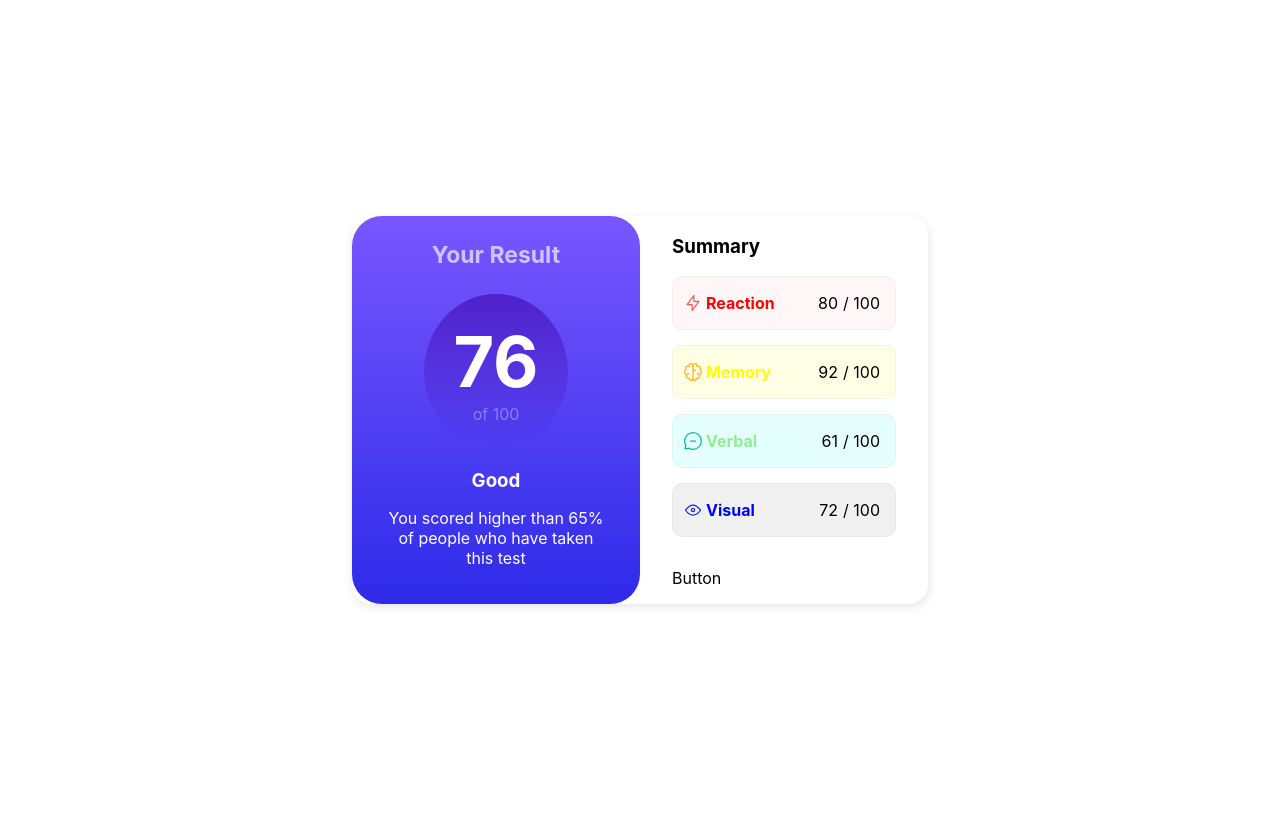
Repository: JeanPaulBassil/Result-Summary-Design
Page: /
An editor plug-in stored every save of this project. The page is shown before and after the next save, followed by the edit.
The browser window is 1280 px wide. The pictures show the whole page.
The project was rebuilt for these pictures with package versions that can differ from the ones it lists, and the page was loaded fresh each time.

Above is the page before, as saved 2023-02-24 18:07:53.

After the next save:
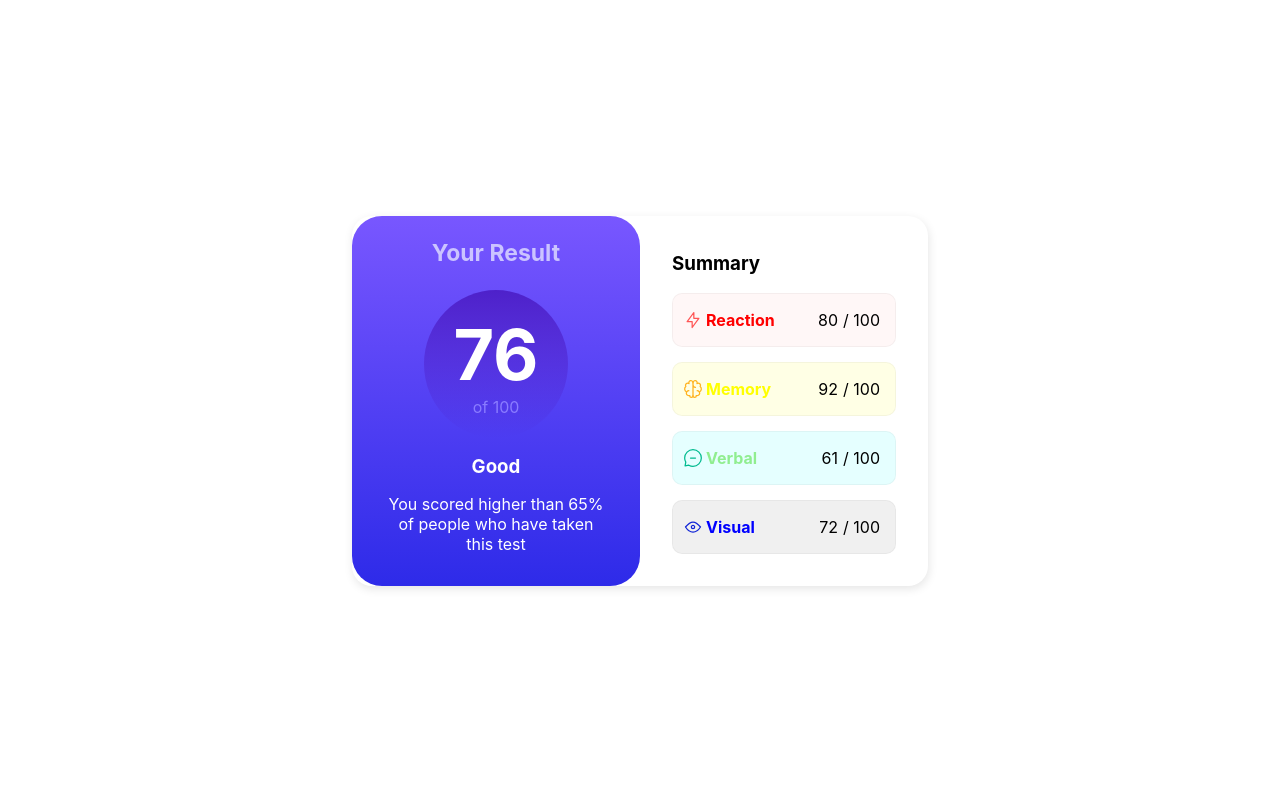
Saved 25 s later.
--- a/src/Components/Summary/Summary.js
+++ b/src/Components/Summary/Summary.js
@@ -23,7 +23,9 @@
             <div>
                 {summary}
             </div>
-            <p>Button</p>
+            <div className="button">
+
+            </div>
         </div>
     )
 };

After the save that followed:
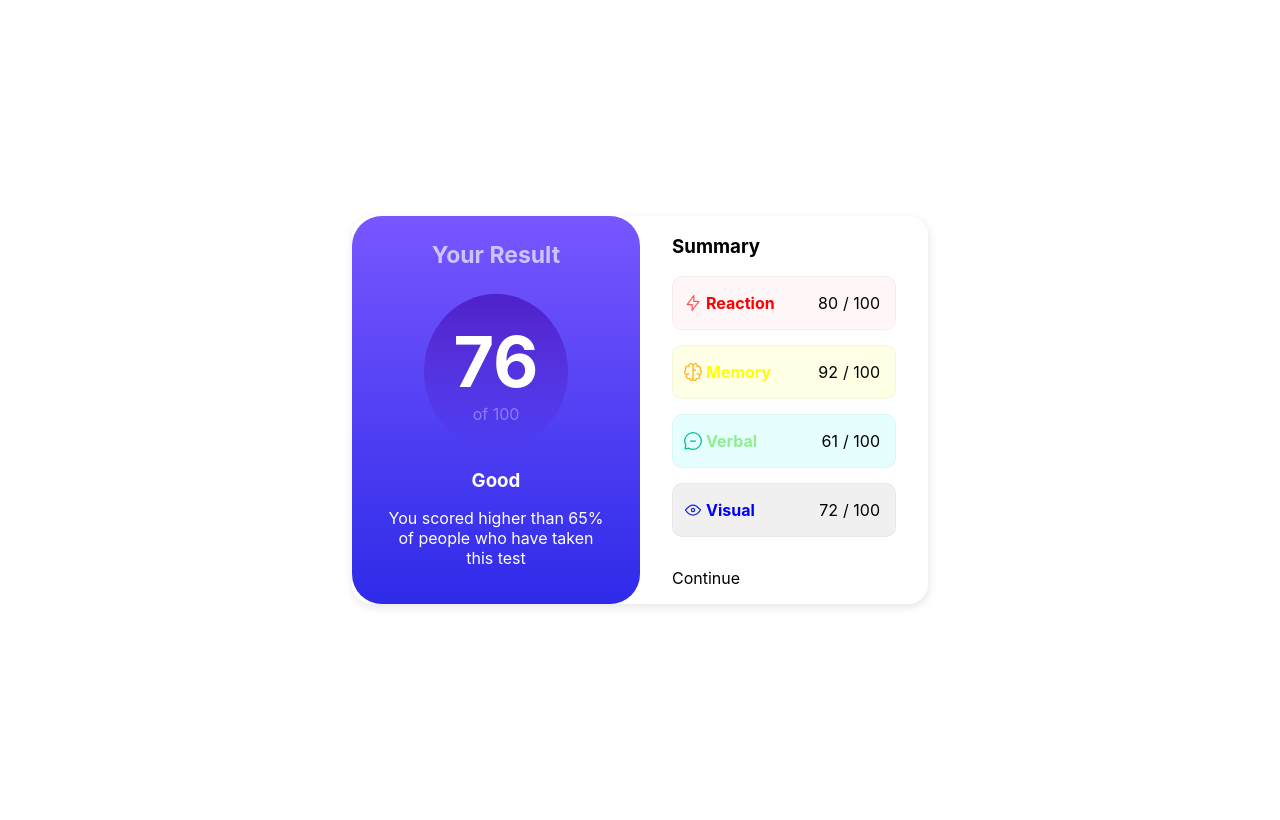
Saved 15 s later.
--- a/src/Components/Summary/Summary.js
+++ b/src/Components/Summary/Summary.js
@@ -24,7 +24,7 @@
                 {summary}
             </div>
             <div className="button">
-
+                <p>Continue</p>
             </div>
         </div>
     )
